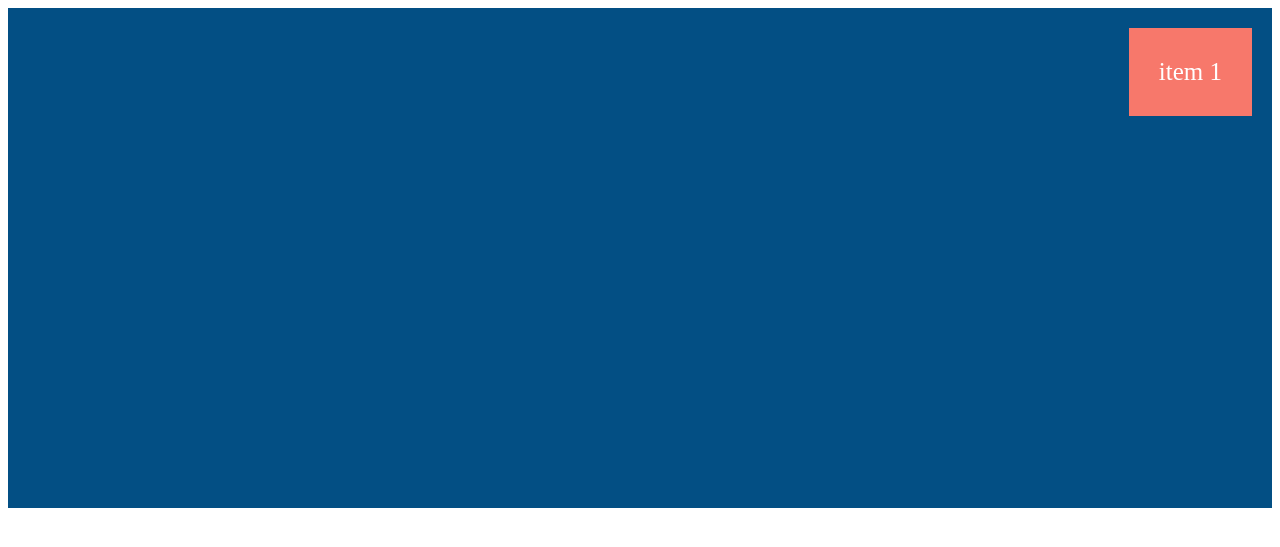
Repository: mehmetbuber38/flex
Page: flex-margin.html
These files come from the project's save history. The page is drawn as it stood at one moment and after the next save; the edit follows.
The browser window is 1280 px wide. The pictures show the whole page.

Above is the page before, as saved 2022-01-31 21:34:32.

### flex-margin.html
<!DOCTYPE html>
<html lang="en">

<head>
    <meta charset="UTF-8">
    <meta http-equiv="X-UA-Compatible" content="IE=edge">
    <meta name="viewport" content="width=device-width, initial-scale=1.0">
    <title>Flex Container</title>
</head>
<style>
    .container {
        display: flex;

        height: 500px;
        background-color: #034f84;
        /* align-items: center;
        justify-content: center; */


    }

    .item {
        background-color: #f7786b;
        padding: 30px;
        margin: 20px;
        color: #fff;
        font-size: 25px;
        /* margin: auto; */
        /* margin-top: auto; */
        /* margin-bottom: auto; */
        /* margin-right: auto; */
        margin-left: auto;
        margin-bottom: auto;
    }
</style>

<body>
    <div class="container">
        <div class="item item-1">item 1</div>
        <!-- <div class="item item-2">item 2</div> -->


    </div>

</body>

</html>

After the next save:
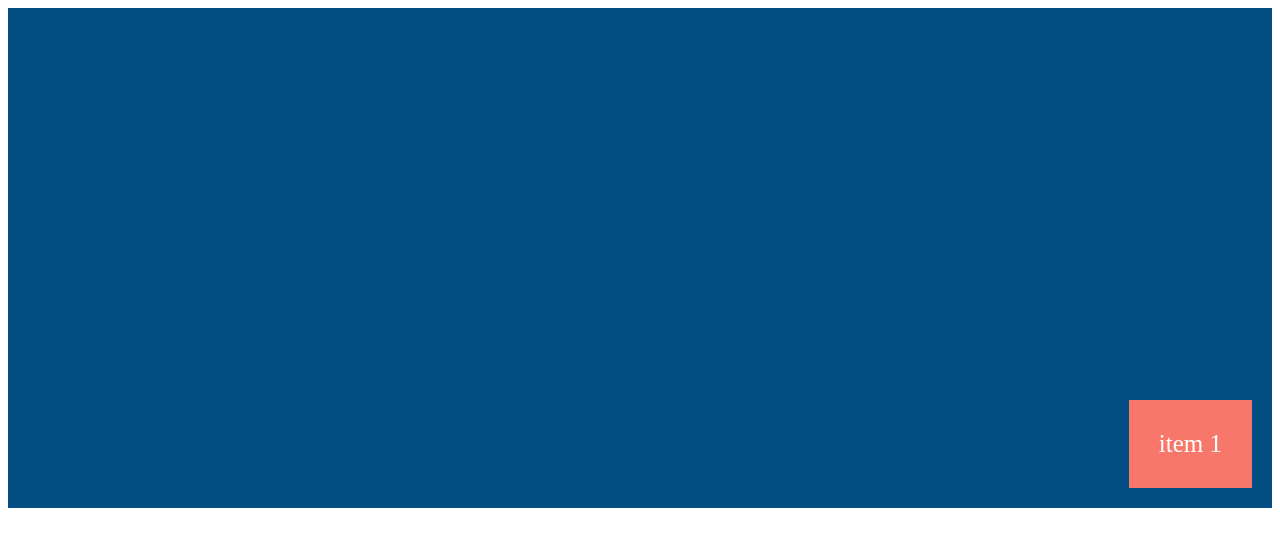
Saved 30 s later.
--- a/flex-margin.html
+++ b/flex-margin.html
@@ -30,7 +30,7 @@
         /* margin-bottom: auto; */
         /* margin-right: auto; */
         margin-left: auto;
-        margin-bottom: auto;
+        margin-top: auto;
     }
 </style>
 
